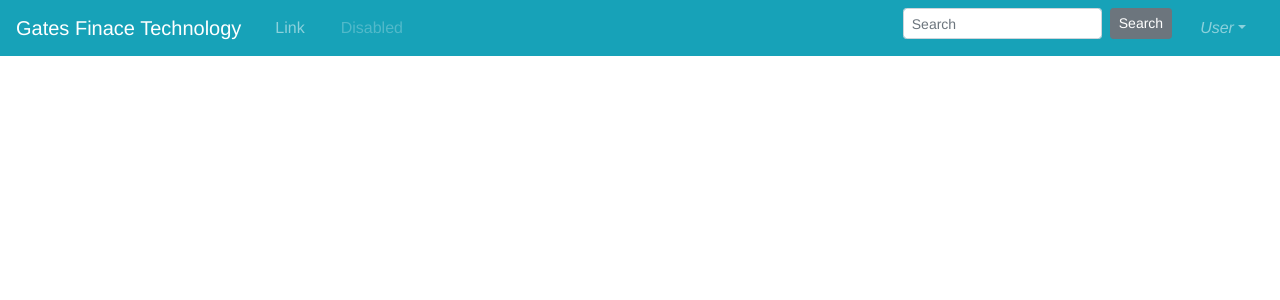
Repository: sqsssq/GatesFinace
Page: /main (app in webview/)
These files come from the project's save history. The page is drawn as it stood at one moment and after the next save; the edit follows.
The browser window is 1280 px wide. The pictures show the whole page.
The project was rebuilt for these pictures with package versions that can differ from the ones it lists, and the page was loaded fresh each time. Also part of the build but not shown: webview/src/components/HelloWorld.vue, webview/src/views/Home.vue.

Above is the page before, as saved 2020-11-03 08:58:21.

After the next save:
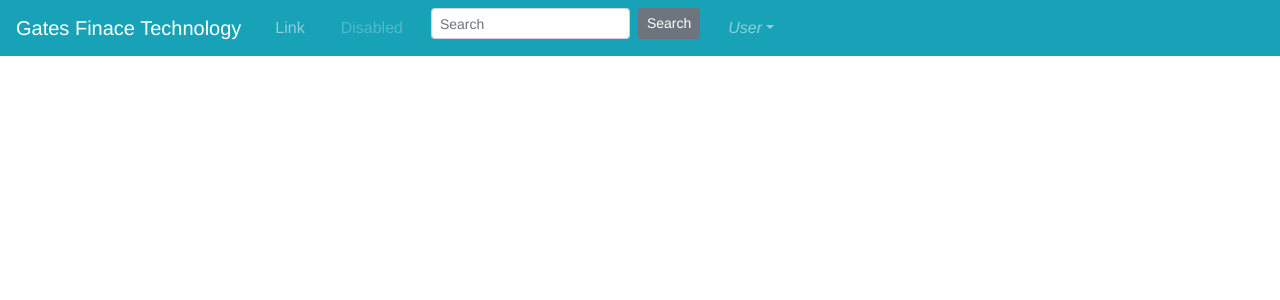
Saved 5 min 0 s later.
--- a/webview/src/components/gatesNavbar.vue
+++ b/webview/src/components/gatesNavbar.vue
@@ -20,7 +20,7 @@
       </b-navbar-nav>
 
       <!-- Right aligned nav items -->
-      <b-navbar-nav class="ml-auto">
+      <b-navbar-nav class="nav-collapse">
         <b-nav-form>
           <b-form-input size="sm" class="mr-sm-2" placeholder="Search"></b-form-input>
           <b-button size="sm" class="my-2 my-sm-0" type="submit">Search</b-button>

After the save that followed:
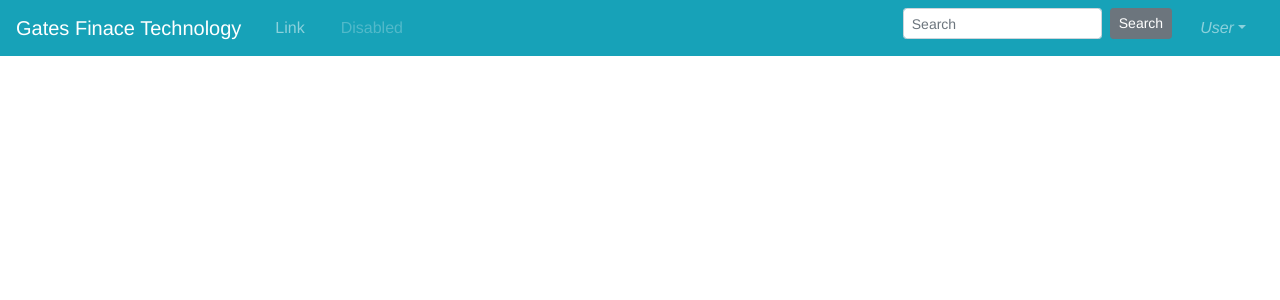
Saved 5 s later.
--- a/webview/src/components/gatesNavbar.vue
+++ b/webview/src/components/gatesNavbar.vue
@@ -20,7 +20,7 @@
       </b-navbar-nav>
 
       <!-- Right aligned nav items -->
-      <b-navbar-nav class="nav-collapse">
+      <b-navbar-nav class="ml-auto">
         <b-nav-form>
           <b-form-input size="sm" class="mr-sm-2" placeholder="Search"></b-form-input>
           <b-button size="sm" class="my-2 my-sm-0" type="submit">Search</b-button>
